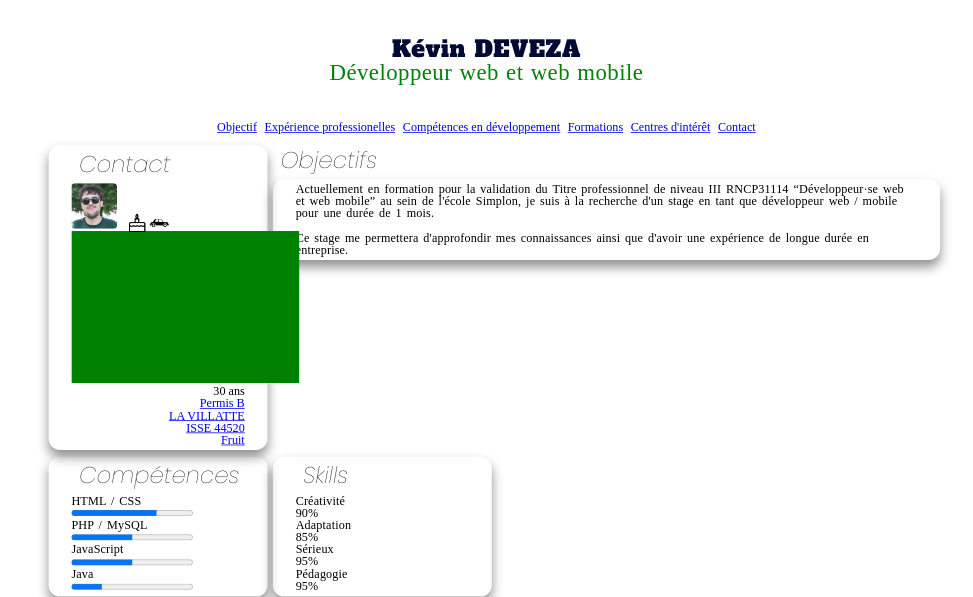
Repository: KevinDvZ/kevindvz.github.io
Page: index.html
These files come from the project's save history. The page is drawn as it stood at one moment and after the next save; the edit follows.
The browser window is 1280 px wide. The pictures show the whole page, at 76% of full size.

Above is the page before, as saved 2020-10-29 12:50:39.

### index.html
<!DOCTYPE html>
<html>
    <!--HEADER-->
<head>
    <title id="nomprenom">DEVEZA Kevin - Développeur Web et Web mobile.</title>
        <meta charset="utf-8" />
        <meta name="description" contents="CV de Kévin DEVEZA, développeur web  et web mobile junior."/>
        <link rel="stylesheet" href="css/cv_deveza.css" />
        <link rel="stylesheet" href="css/reset.css"/>
        <link href="https://fonts.googleapis.com/css2?family=Alfa+Slab+One&display=swap" rel="stylesheet">
        <link href="https://fonts.googleapis.com/css2?family=Abril+Fatface&display=swap" rel="stylesheet">
        <link href="https://fonts.googleapis.com/css2?family=Poppins:ital,wght@1,100&display=swap" rel="stylesheet">
</head>

<body>

<header>

    <div class="text-center">
         <h1 id="nomprenom">Kévin DEVEZA</h1>
         <p id="metier">Développeur web et web mobile</p>
    </div>
</header>

<nav>
        <a class="menu" href="#intro">Objectif</a>
        <a class="menu" href="#experience">Expérience professionelles</a>
        <a class="menu" href="#langages">Compétences en développement</a>
        <a class="menu" href="#formations">Formations</a>
        <a class="menu" href="#interets">Centres d'intérêt</a>
        <a class="menu" href="#contact">Contact</a>
</nav>

<main>

<div id="cadre-obj">
        <h2 class="entete">Objectifs</h2>
        <div class="cadre">
        <p class="p-center">Actuellement en formation pour la validation du Titre professionnel de niveau III RNCP31114  “Développeur·se web et web mobile” au sein de l'école Simplon, je suis à la recherche d'un stage en tant que développeur web / mobile pour une durée de 1 mois.</p>
        <br>
    <p class="p-center">Ce stage me permettera d'approfondir mes connaissances ainsi que d'avoir une expérience de longue durée en entreprise.</p>
</div>
</div>

<div id="cadre-contact">
    <div class="cadre">
      <h2 class="entete">Contact</h2>
      <img src="assets/img/solaire_cv.jpg" alt="image_profil" class="img">
      <img src="assets/icones/birthday_cake.png" alt="" class="icone">
      <img src="assets/icones/car.png" alt="" class="icone">
      <ul class="contact-liste">
        <li><svg width="300" height="200">
            <rect width="100%" height="100%" fill="green" />
        </svg>30 ans</a></li>
        <li><a href="#">Permis B</a></li>
        <li><a href="#">LA VILLATTE</a></li>
        <li><a href="#">ISSE 44520</a></li>
        <li><a href="#">Fruit</a></li>
     </ul>
    </div>
</div>

<div class="cadre" id="cadre-langages">
                    <div class="cadre-jauges">
                        <h2 class="entete">Compétences</h2>
        <p>HTML / CSS<p>
        <progress id="file" max="100" value="70"> 70% </progress>
        <p>PHP / MySQL</p>
        <progress id="file" max="100" value="50"> 50% </progress>
        <p>JavaScript</p>
        <progress id="file" max="100" value="50"> 30% </progress>
        <p>Java<p>
        <progress id="file" max="100" value="25"> 25% </progress>
</div>
    </div>

<div class="cadre" id="cadre-skills">
            <h2 class="entete">Skills</h2>
        <p>Créativité</p>
        <p>90%</p>
        <p>Adaptation</p>
        <p>85%</p>
        <p>Sérieux</p>
        <p>95%</p>
        <p>Pédagogie</p>
        <p>95%</p>

</div>



</main>
<body>
</html>

### css/cv_deveza.css
header {
  padding: 30px;
  text-align: center;
}

.text-center {
  display: inline-block;
  text-align: center;
  padding: 50px;
}

#nomprenom {
  font-family: "Alfa Slab One", cursive;
  font-size: 30px;
  letter-spacing: 0.8px;
  word-spacing: 1.4px;
  color: #000a35;
}

#metier {
  font-size: 30px;
  letter-spacing: 0.6px;
  word-spacing: 1.4px;
  color: #00810b;
  margin-bottom: auto;
}

nav {
  display: inline-block;
  text-align: center;
  width: 100%;
  margin-bottom: 30px;
}
p {
  font-family: Georgia, serif;
  font-size: 14px;
  letter-spacing: 0.2px;
  word-spacing: 2.2px;
  color: #000000;
  font-weight: 400;
  text-decoration: rgb(68, 68, 68);
  font-style: normal;
  font-variant: normal;
  text-transform: none;
}

.pcenter {
  text-align: center;
}
.menu {
  margin: 3px 3px 3px 3px;
}

body {
  background: rgb(255, 255, 255);
}

main {
  margin-top: 50px;
  display: grid;
  gap: 9px 7px;
  height: auto;
  margin: 15px 5% auto 5%;
  grid-template-columns: repeat(4, 25%);
  grid-template-rows: auto;
  grid-template-areas: "contact obj obj obj";
}

#cadre-obj {
  grid-area: obj;
}

h2 {
}

h3 {
  float: right;
}

address {
  float: right;
}

#cadre-contact {
  grid-area: contact;
}

.intro {
  margin: 20px 1px 0px 0px;
  display: grid;
  grid-area: intro;
  gap: 1% 25px;
  padding-left: 30px;
  border-radius: 15px;
  background: #ffffff;
}

.img {
  max-height: 60px;
  margin-right: 5px;
  border-radius: 5px;
}

.entete {
  font-family: "Abril Fatface", cursive;
  font-size: 30px;
  display: block;
  font-family: "Poppins", sans-serif;
  margin: 5px auto 10px 10px;
}

.cadre {
  box-shadow: 0 9px 15px rgba(0, 0, 0, 0.45);
  display: block;
  padding: 5px 30px 5px 30px;
  border-radius: 15px;
}

#cadre-skills a:hover {
  background-color: aqua;
  float: left;
}

.icone {
  width: 25px;
  position: relative;
  top: 5px;
  left: 5px;
}

.contact-liste li {
  list-style-type: none;
  text-align: right;
}

.contact-liste li::before {
  font-family: "ETmodules";
  content: "<img src=" assets/img/solaire_cv.jpg " alt=" image_profil " class="
    img ">";
  font-size: 120%;
  color: #cc692f;
  float: left;
  margin-left: -1em;
  margin-right: 0.5em;
}

Loaded but not shown: css/reset.css (common file)

After the next save:
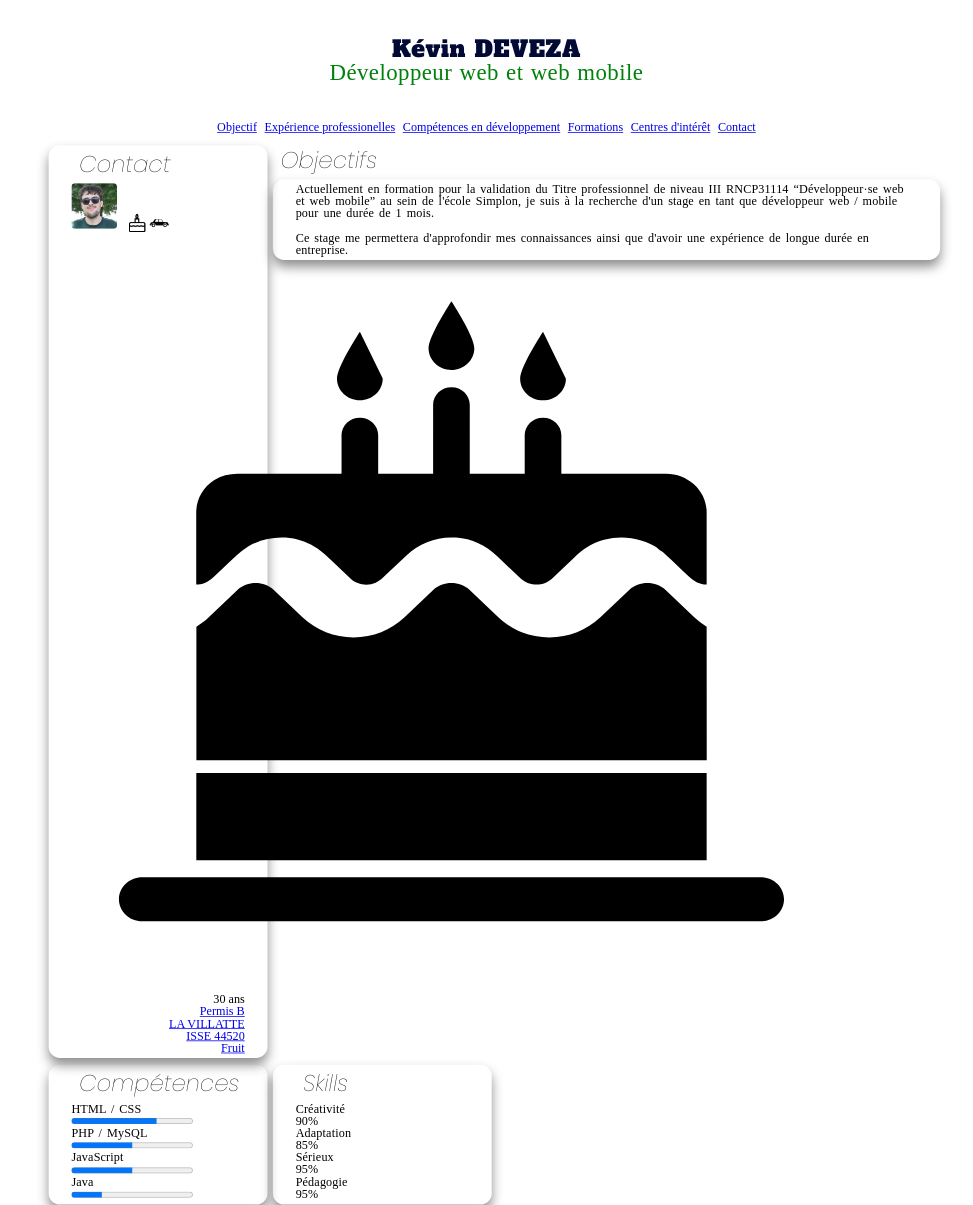
Saved 69 s later.
--- a/index.html
+++ b/index.html
@@ -49,9 +49,7 @@
       <img src="assets/icones/birthday_cake.png" alt="" class="icone">
       <img src="assets/icones/car.png" alt="" class="icone">
       <ul class="contact-liste">
-        <li><svg width="300" height="200">
-            <rect width="100%" height="100%" fill="green" />
-        </svg>30 ans</a></li>
+        <li><img src="assets/icones/birthday-cake.svg" alt="" class=>30 ans</a></li>
         <li><a href="#">Permis B</a></li>
         <li><a href="#">LA VILLATTE</a></li>
         <li><a href="#">ISSE 44520</a></li>
